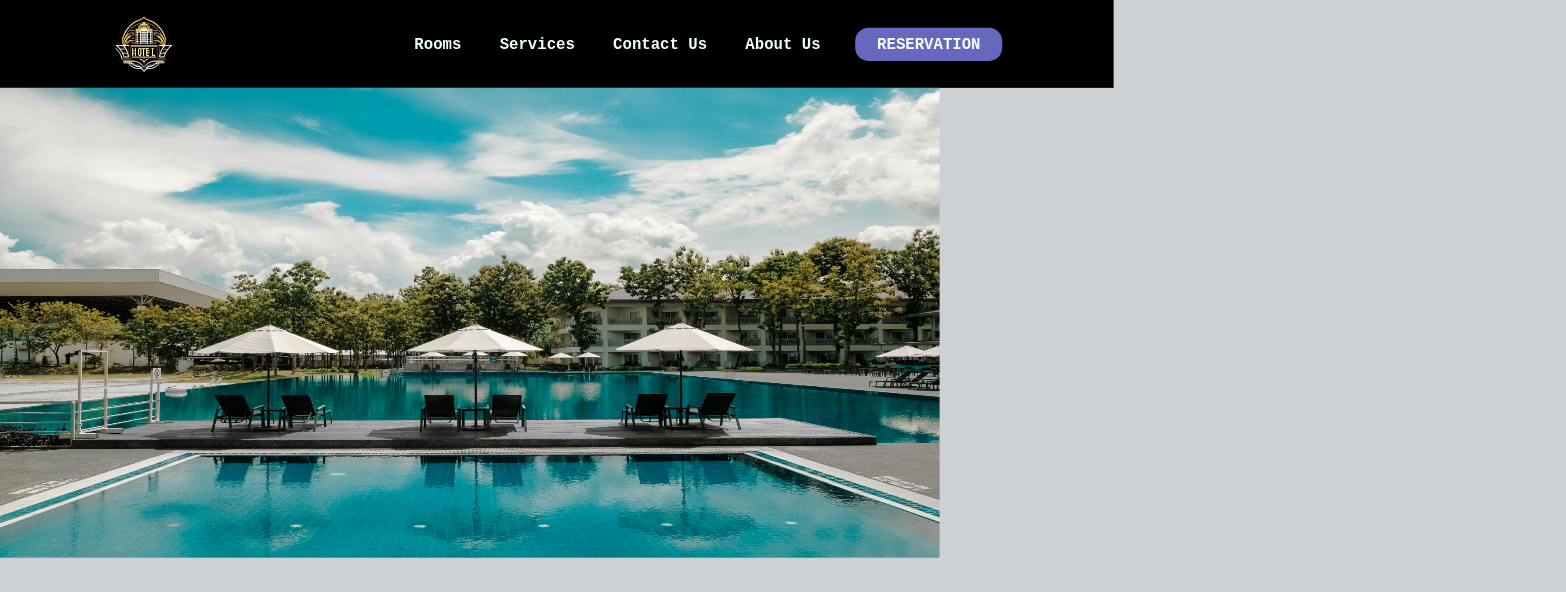
Repository: DhananjayaLakshan/Uom-Web_Design_For_Beginners
Page: Final Assignment/index.html
These files come from the project's save history. The page is drawn as it stood at one moment and after the next save; the edit follows.
The browser window is 1280 px wide. The page is 1280 px wide, then 1800 px, so the pictures cover 1800 px, including what lies to the right of the window. The pictures show the whole page, at 87% of full size.

Above is the page before, as saved 2023-11-29 14:20:36.

After the next save:
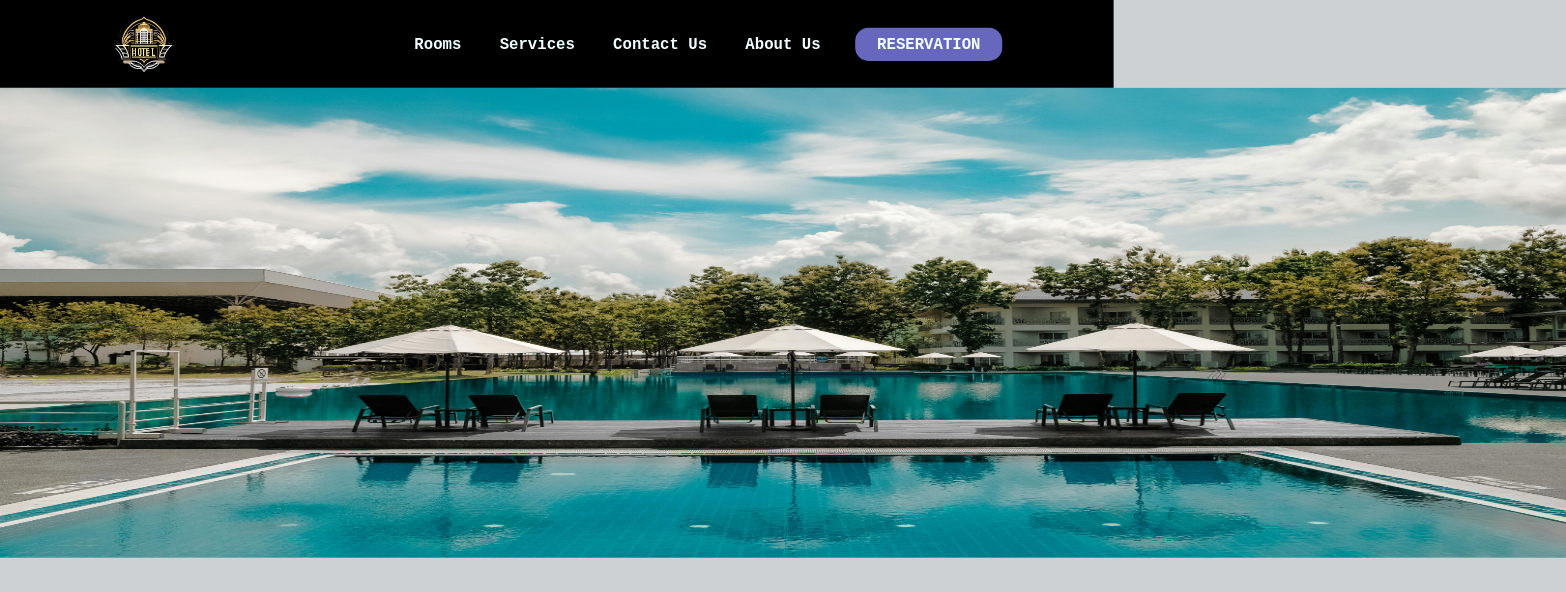
Saved 19 s later.
--- a/Final Assignment/style.css
+++ b/Final Assignment/style.css
@@ -75,6 +75,6 @@ background-color:black;
 }
 
 .coverImg{
-    width: 150vh;
+    width: 250vh;
     height: 75vh;
 }
